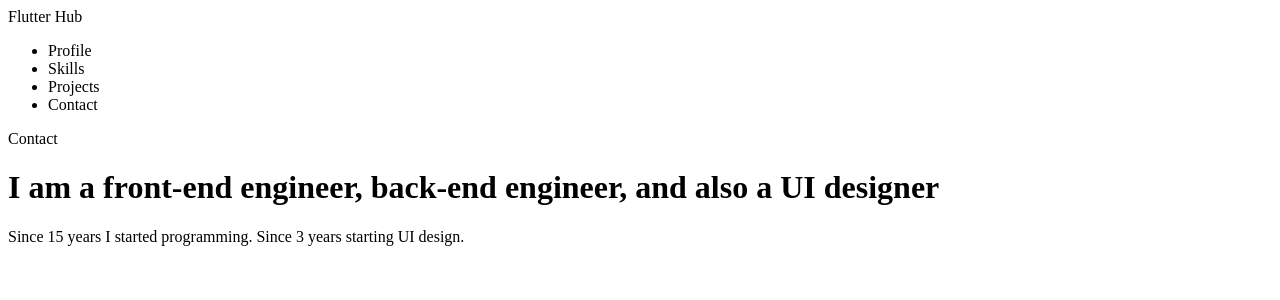
Repository: fhub-1/tutorial
Page: /
These files come from the project's save history. The page is drawn as it stood at one moment and after the next save; the edit follows.
The browser window is 1280 px wide. The pictures show the whole page.
The project was rebuilt for these pictures with package versions that can differ from the ones it lists, and the page was loaded fresh each time. The framework's server and built-in components were replaced by stand-ins that run in the browser. Also part of the build but not shown: next.config.js.

Above is the page before, as saved 2021-06-21 14:56:07.

### pages/_app.js
//adding tailwindcss file
import "tailwindcss/tailwind.css"
import Head from "next/head"


function MyApp({ Component, pageProps }) {
  return (
    //monday adding same files and google fonts
    <>
      <Head>
       <link rel="preconnect" href="https://fonts.gstatic.com" />
       <link href="https://fonts.googleapis.com/css2?family=IBM+Plex+Serif:ital,wght@0,300;0,400;0,500;0,600;0,700;1,300;1,400;1,500;1,600;1,700&display=swap" rel="stylesheet" />
       <link href="https://fonts.googleapis.com/css2?family=IBM+Plex+Serif:ital,wght@0,300;0,400;0,500;0,600;0,700;1,300;1,400;1,500;1,600;1,700&family=Source+Code+Pro:ital,wght@0,400;0,500;0,600;0,700;1,400;1,500;1,600&display=swap" rel="stylesheet"  />
      </Head>
      <Component {...pageProps} />
      </>
  );
}

export default MyApp;

### pages/index.js
import Nav from "../components/Nav"
import Logo from "../components/Logo"
import Button from "../components/Button"

export default function Home() {

  return (
    <>
      <div>
        <div className="container mx-auto">
          <div className="flex bg-blue-500 items-center">
            <div className="w-3/12 ">
              {/* bring logo from logo js */}
              <Logo />
            </div>
            <div className="w-6/12">
              {/* create new file nav js copy the code */}
              <Nav />
            </div>
            <div className="w-3/12 text-right">
              <Button>Contact</Button>
            </div>
            </div>
          <div className="text-center">
            <h1 className="text-3xl font-semibold font-mono">
            I am a front-end engineer, back-end engineer, and also a UI designer
            </h1>
            <p className="text-yellow-100 text-opacity-60 text-lg ">Since 15 years I started programming. Since 3 years starting UI design.</p>
            </div>
          </div>
      </div>
      </>
  )
}

### components/Nav.js
import NavItems from "./NavItems"
export default function Nav() {
    return (
        <ul className="flex  justify-center space-x-10  py-20">
                {/* creating deffernts file form naveitems */}
                <NavItems >Profile</NavItems>
                <NavItems >Skills</NavItems>
                <NavItems >Projects</NavItems>
                <NavItems >Contact </NavItems>
                {/* end of top navbar */}
              </ul>
    )
}

### components/Logo.js
export default function Logo() {
    return (
        <div className="text-white uppercase text-2xl font-semibold tracking-widest">
         Flutter Hub
        </div>
    )
}

### components/Button.js
export default function Button({children}) {
    return (
        <a className="border  text-yellow-100 border-yellow-500  py-3 px-10  text-lg font-semibold rounded-full">
            {children}
        </a>
    );
}

### components/NavItems.js
export default function NavItems({children}) {
    return (
        <li><a className="text-white  text-lg  text-opacity-60  font-semibold">{children}</a></li>

    )
}

After the next save:
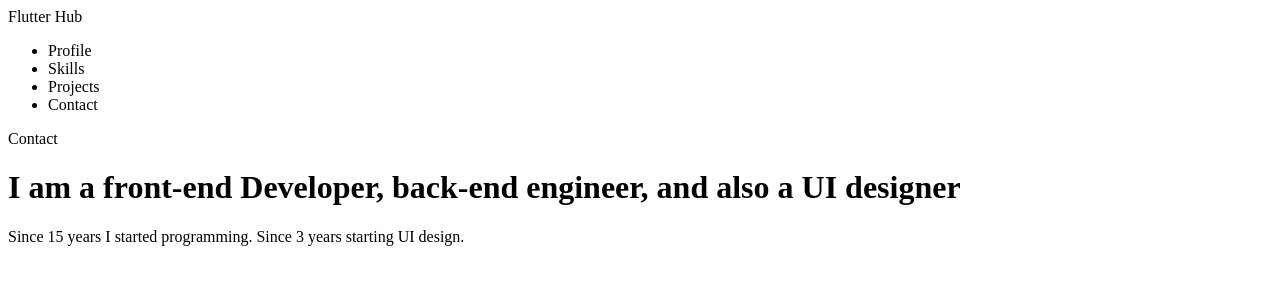
Saved 35 s later.
--- a/pages/index.js
+++ b/pages/index.js
@@ -23,7 +23,7 @@
             </div>
           <div className="text-center">
             <h1 className="text-3xl font-semibold font-mono">
-            I am a front-end engineer, back-end engineer, and also a UI designer
+            I am a front-end Developer, back-end engineer, and also a UI designer
             </h1>
             <p className="text-yellow-100 text-opacity-60 text-lg ">Since 15 years I started programming. Since 3 years starting UI design.</p>
             </div>
